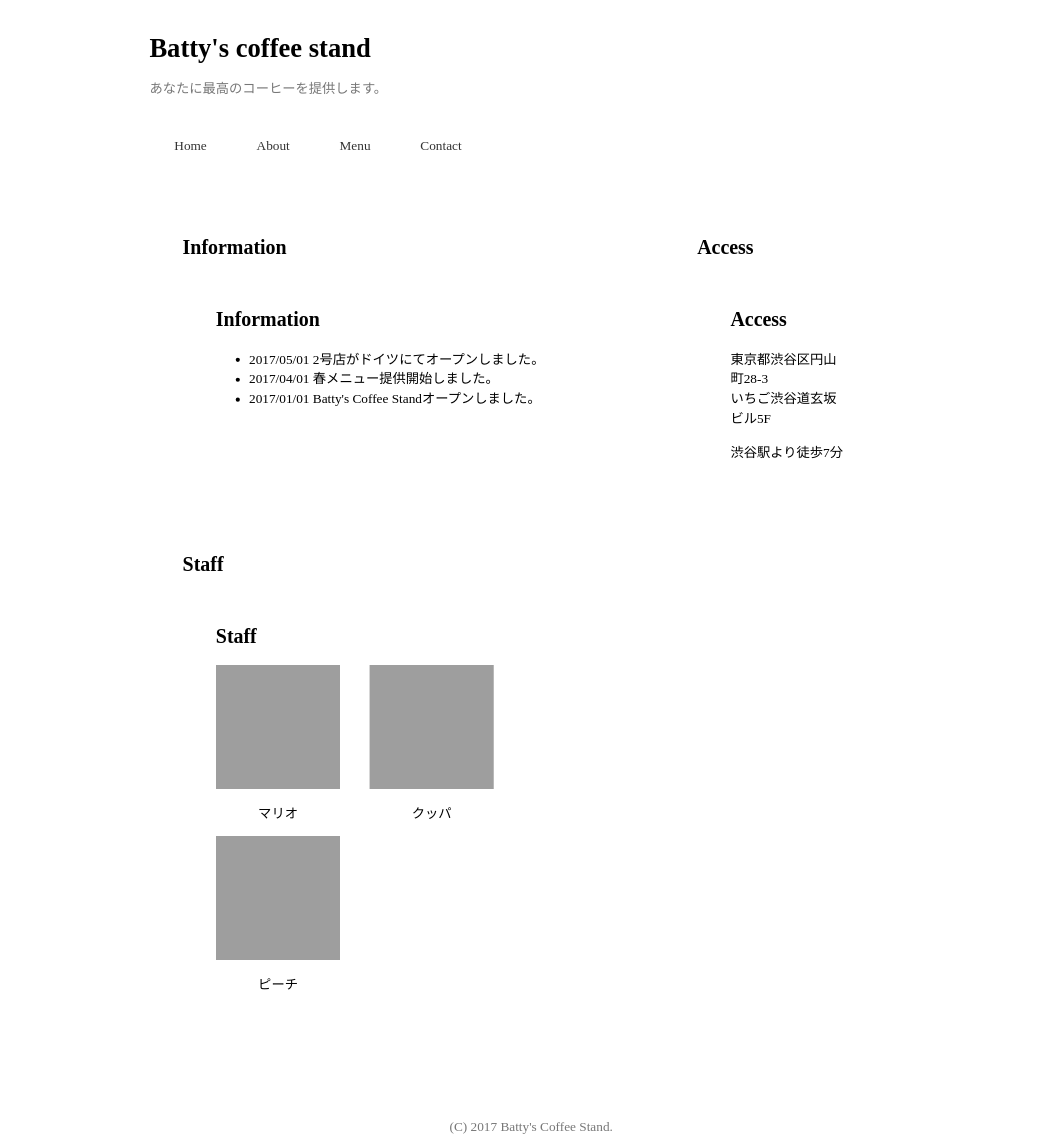
Repository: yuukisugi/sample2
Page: html/batty_coffee_stand/index.html
The author's editor kept a record of every edit. The page is drawn from the files as they stood at one moment, then again after the next edit.
The browser window is 1280 px wide. The pictures show the whole page, at 83% of full size.
Pictures or frames that could not be fetched are drawn as grey boxes.

Above is the page before.
Not found: html/batty_coffee_stand/css/normalize.css

After the next edit:
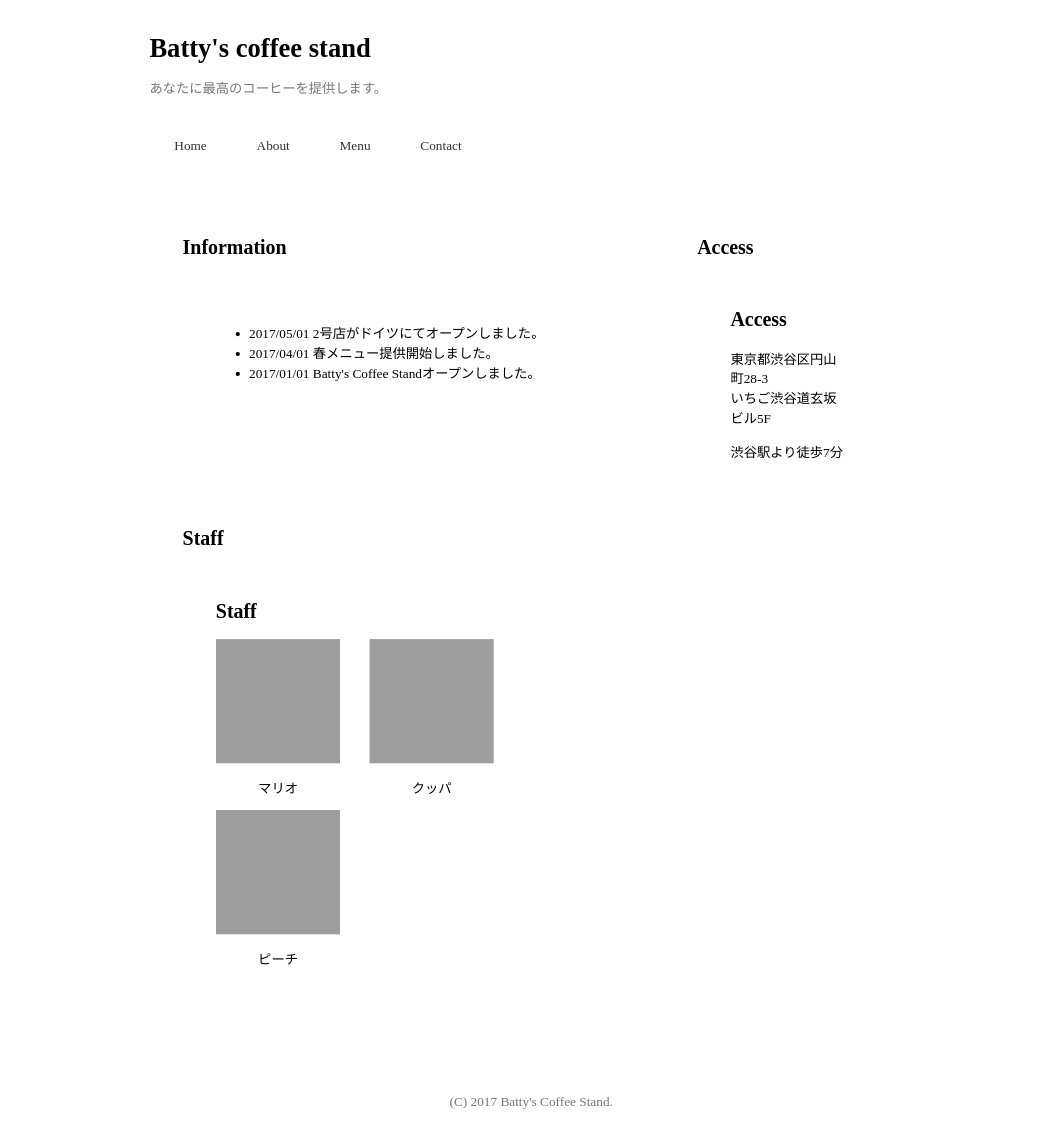
The edit:
--- a/html/batty_coffee_stand/index.html
+++ b/html/batty_coffee_stand/index.html
@@ -28,7 +28,7 @@
       <div class="card-contents">
         <h2 class="text-title">Information</h2>
         <div class="card-contents">
-  <h2 class="text-title">Information</h2>
+
   <ul class="information-list">
     <li>2017/05/01 2号店がドイツにてオープンしました。</li>
     <li>2017/04/01 春メニュー提供開始しました。</li>
